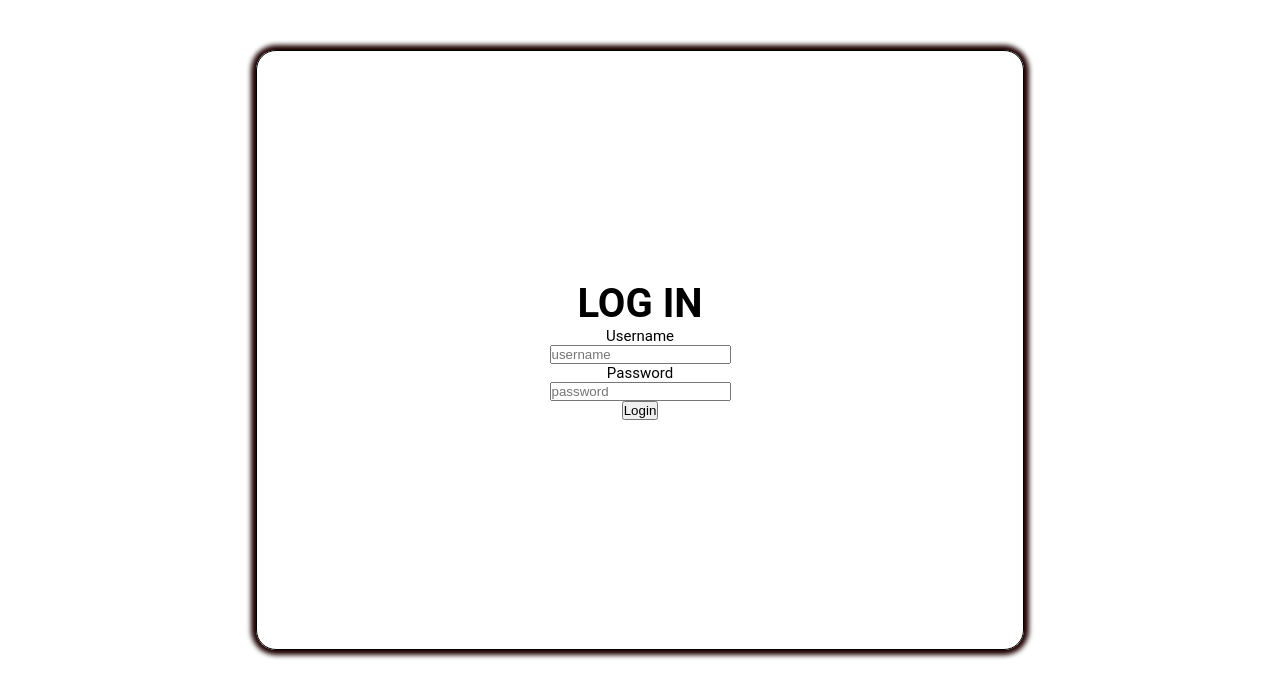
Repository: huyna1707/learning-git
Page: index.html
The author's editor kept a copy of each file at every save. The page is drawn from the files as they stood at one save, then again after a run of saves.
The browser window is 1280 px wide. The pictures show the whole page.

Above is the page before, as saved 2024-08-09 23:20:35.

### index.html
<!DOCTYPE html>
<html>
<head>
    <title>Form Login</title>
    <link rel="stylesheet" href="style.css">
    <script defer src="main.js"></script>
</head>
<body>
    <form action="menu">
        <h4>LOG IN</h4>
        <label for="username">Username</label>
        <input type="text" placeholder="username" id="username">
        <label for="passworld">Password</label>
        <input type="password" placeholder="password" id="password">
        <button type="submit" onclick="login">Login</button>
    </form>
</body>
</html>

### style.css
*{
    margin: 0;
    padding: 0;
    box-sizing: border-box;
}

html{
    font-size: 15px;
    font-family: 'Roboto', sans-serif;
    display: flex;
    justify-content: center;
    align-items: center;
}

form{
    width: 60vw;
    height: 600px;
    display: flex;
    flex-direction: column;
    justify-content: center;
    align-items: center;
    margin-top: 50px;
    border: 1px solid black;
    border-radius: 20px;
    box-shadow: rgb(30, 0, 0) 0 0 5px 5px;
}

form h4{
    font-size: 40px;
    font-weight: 600;
}
form #username{

}

### main.js
// window.prompt('What is your name?');

After the next 2 saves:
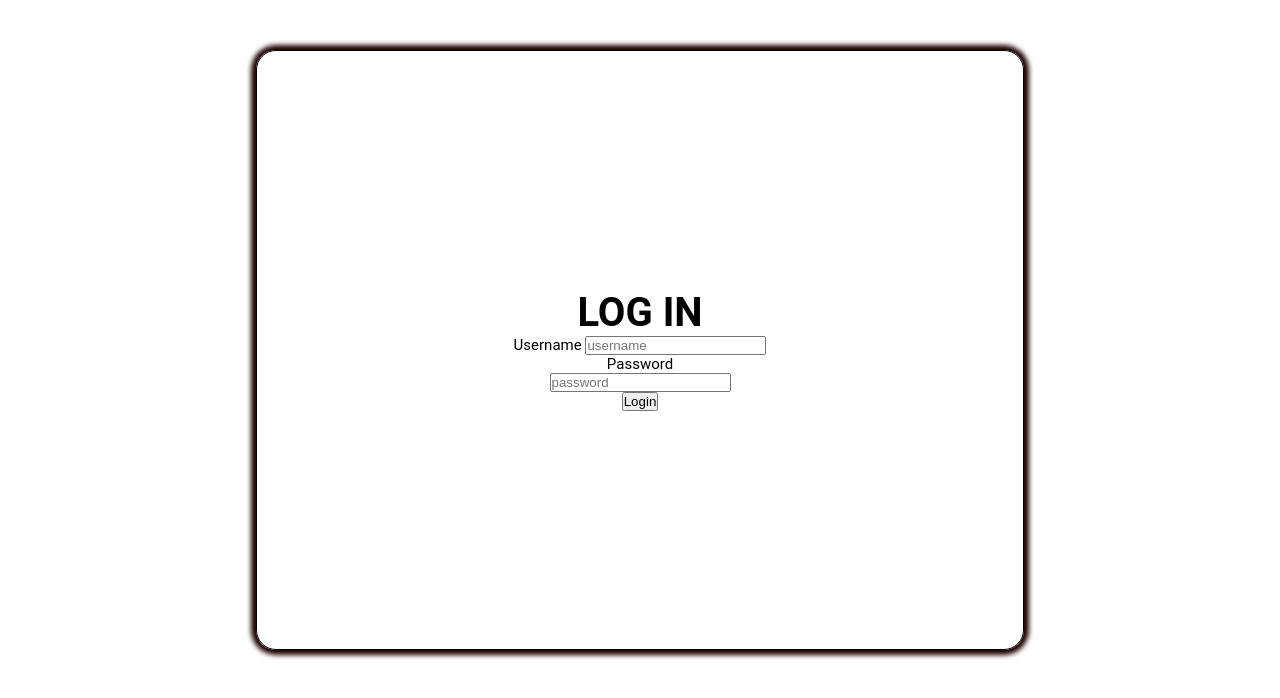
The 2 saves are shown as one change because they came seconds apart.
The last was saved 9 s later.
--- a/index.html
+++ b/index.html
@@ -8,8 +8,10 @@
 <body>
     <form action="menu">
         <h4>LOG IN</h4>
-        <label for="username">Username</label>
-        <input type="text" placeholder="username" id="username">
+        <label for="username">Username
+            <input type="text" placeholder="username" id="username">
+        </label>
+
         <label for="passworld">Password</label>
         <input type="password" placeholder="password" id="password">
         <button type="submit" onclick="login">Login</button>
